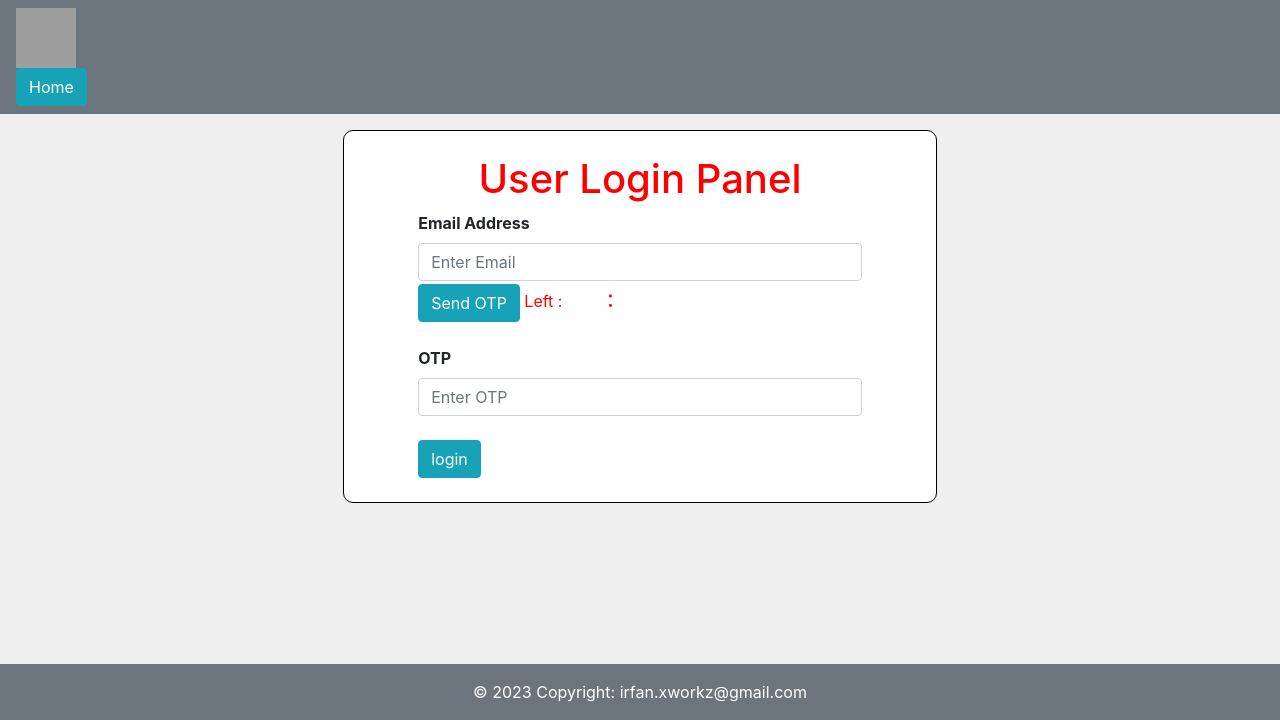
Repository: irfanxworkz/Project
Page: http://localhost/parking/UserLogin.jsp
The author's editor kept a copy of each file at every save. The page is drawn from the files as they stood at one save, then again after the next save.
The browser window is 1280 px wide. The pictures show the whole page.
Pictures or frames that could not be fetched are drawn as grey boxes. The page is served by Tomcat 9.

Above is the page before, as saved 2023-07-12 09:49:30.
Console error: SyntaxError: Unexpected identifier 'secs'

After the next save:
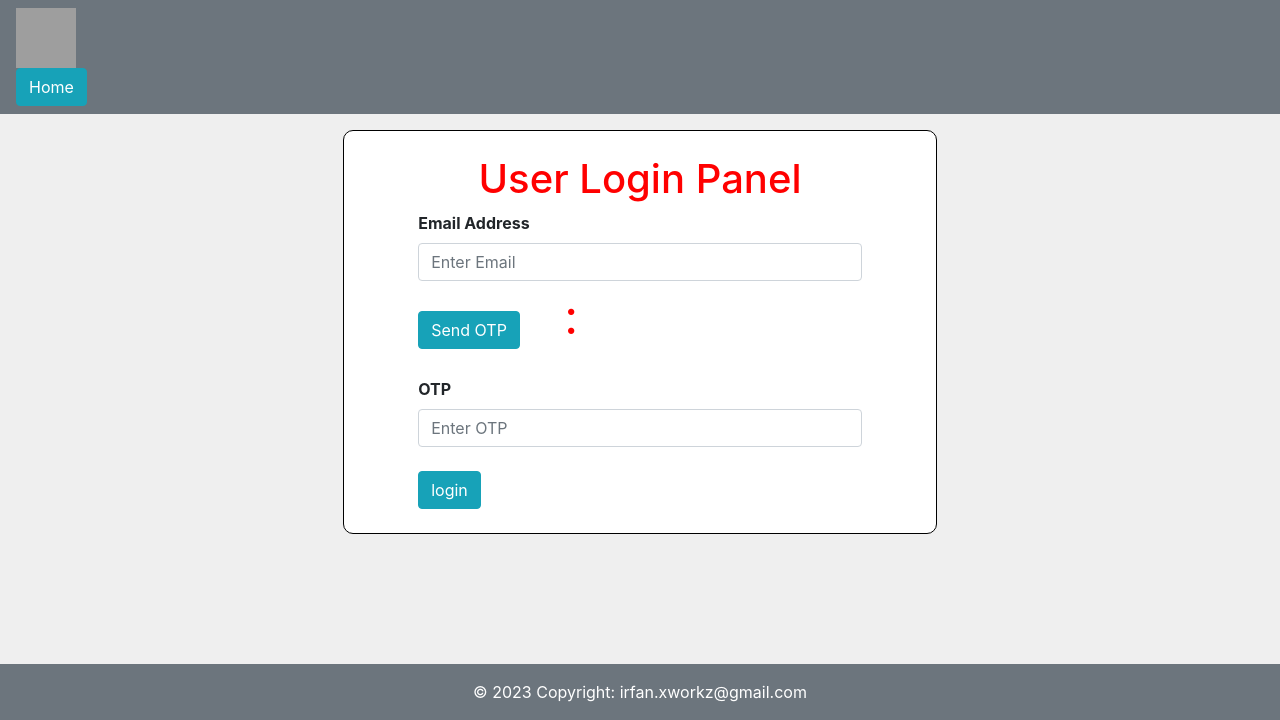
Saved 76 s later.
--- a/parking/src/main/webapp/UserLogin.jsp
+++ b/parking/src/main/webapp/UserLogin.jsp
@@ -70,7 +70,7 @@
 			<div class="container">
 			<label for="email"><b>Email Address</b></label>
 			<!--  <span style="color: red;"> Time Left ::</span><br><br> -->
-			    <input type="email" name="email" class="form-control" placeholder="Enter Email" required="required"><input type="submit" value="Send OTP" onclick="countdown();" class="btn btn-info" ><span style="color: red;">        Left : <input id="minutes" type="text" style="width: 8%; border: none; font-size: 16px; font-weight: bold;"> <font size="5"> : </font> <input id="seconds" type="text" style="width: 8%; border: none; font-size: 16px; font-weight: bold;"> </span><br><br>
+			    <input type="email" name="email" class="form-control" placeholder="Enter Email" required="required"><input type="submit" value="Send OTP" onclick="countdown();" class="btn btn-info" ><span style="color: red;"> <input id="minutes" type="text" style="width: 8%; border: none; font-size: 16px; font-weight: bold;"> <font size="10"> : </font> <input id="seconds" type="text" style="width: 8%; border: none; font-size: 16px; font-weight: bold;"> </span><br><br>
 
 
 			<label for="otp"><b>OTP</b></label>

After the save that followed:
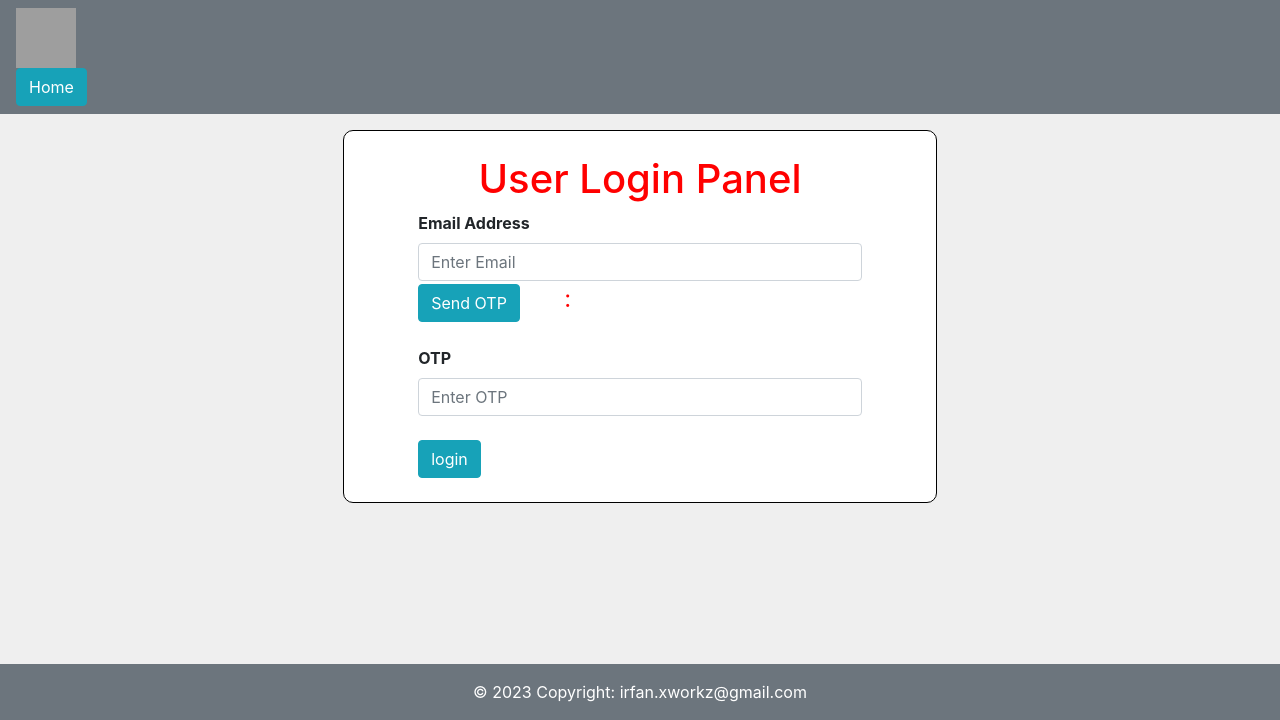
Saved 24 s later.
--- a/parking/src/main/webapp/UserLogin.jsp
+++ b/parking/src/main/webapp/UserLogin.jsp
@@ -70,7 +70,7 @@
 			<div class="container">
 			<label for="email"><b>Email Address</b></label>
 			<!--  <span style="color: red;"> Time Left ::</span><br><br> -->
-			    <input type="email" name="email" class="form-control" placeholder="Enter Email" required="required"><input type="submit" value="Send OTP" onclick="countdown();" class="btn btn-info" ><span style="color: red;"> <input id="minutes" type="text" style="width: 8%; border: none; font-size: 16px; font-weight: bold;"> <font size="10"> : </font> <input id="seconds" type="text" style="width: 8%; border: none; font-size: 16px; font-weight: bold;"> </span><br><br>
+			    <input type="email" name="email" class="form-control" placeholder="Enter Email" required="required"><input type="submit" value="Send OTP" onclick="countdown();" class="btn btn-info" ><span style="color: red;"> <input id="minutes" type="text" style="width: 8%; border: none; font-size: 16px; font-weight: bold;"> <font size="5"> : </font> <input id="seconds" type="text" style="width: 8%; border: none; font-size: 16px; font-weight: bold;"> </span><br><br>
 
 
 			<label for="otp"><b>OTP</b></label>
